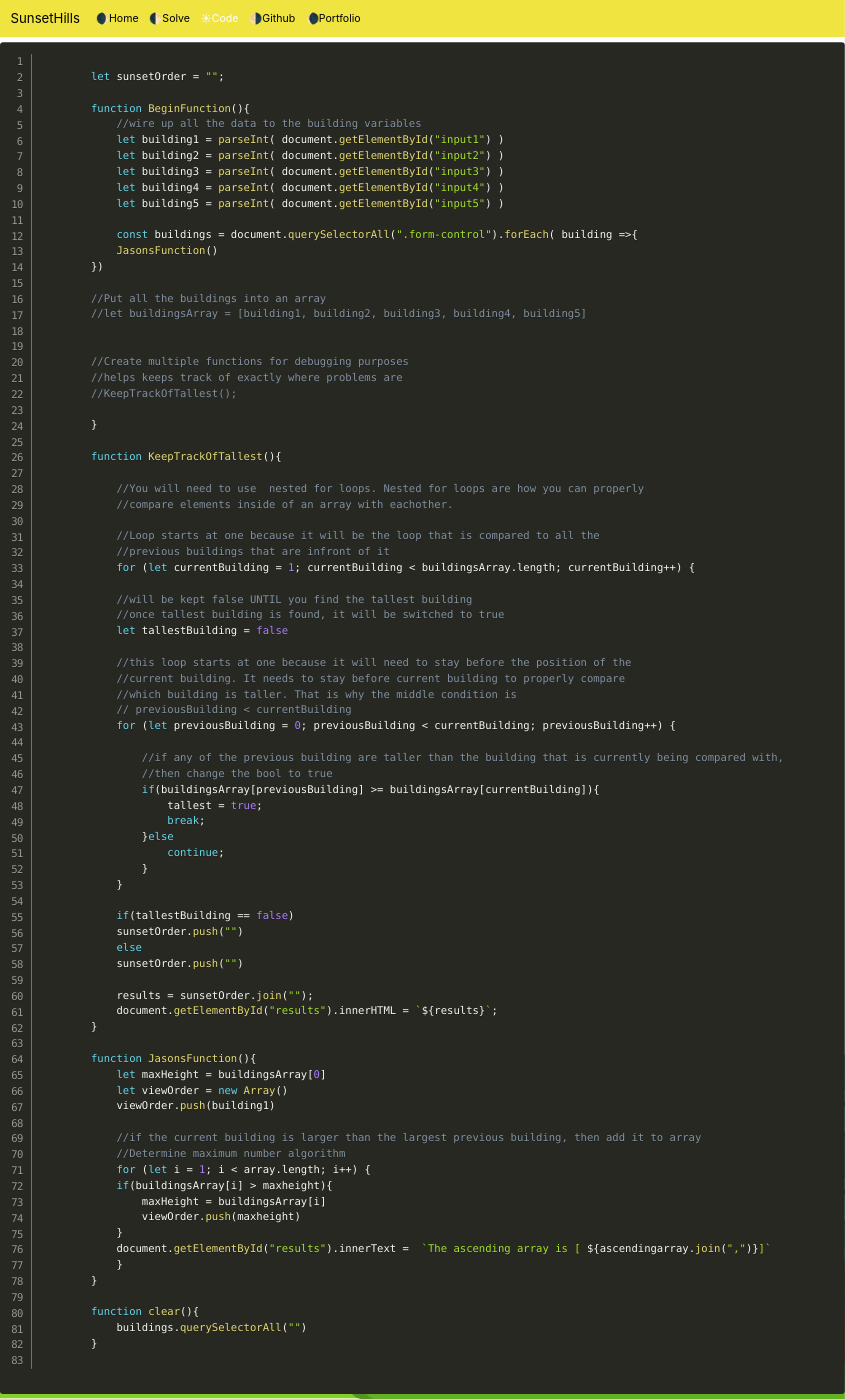
Repository: zhadjah9559/SunsetHills
Page: code.html
These files come from the project's save history. The page is drawn as it stood at one moment and after the next save; the edit follows.
The browser window is 1280 px wide. The pictures show the whole page, at 66% of full size.

Above is the page before, as saved 2021-01-17 17:32:26.

After the next save:
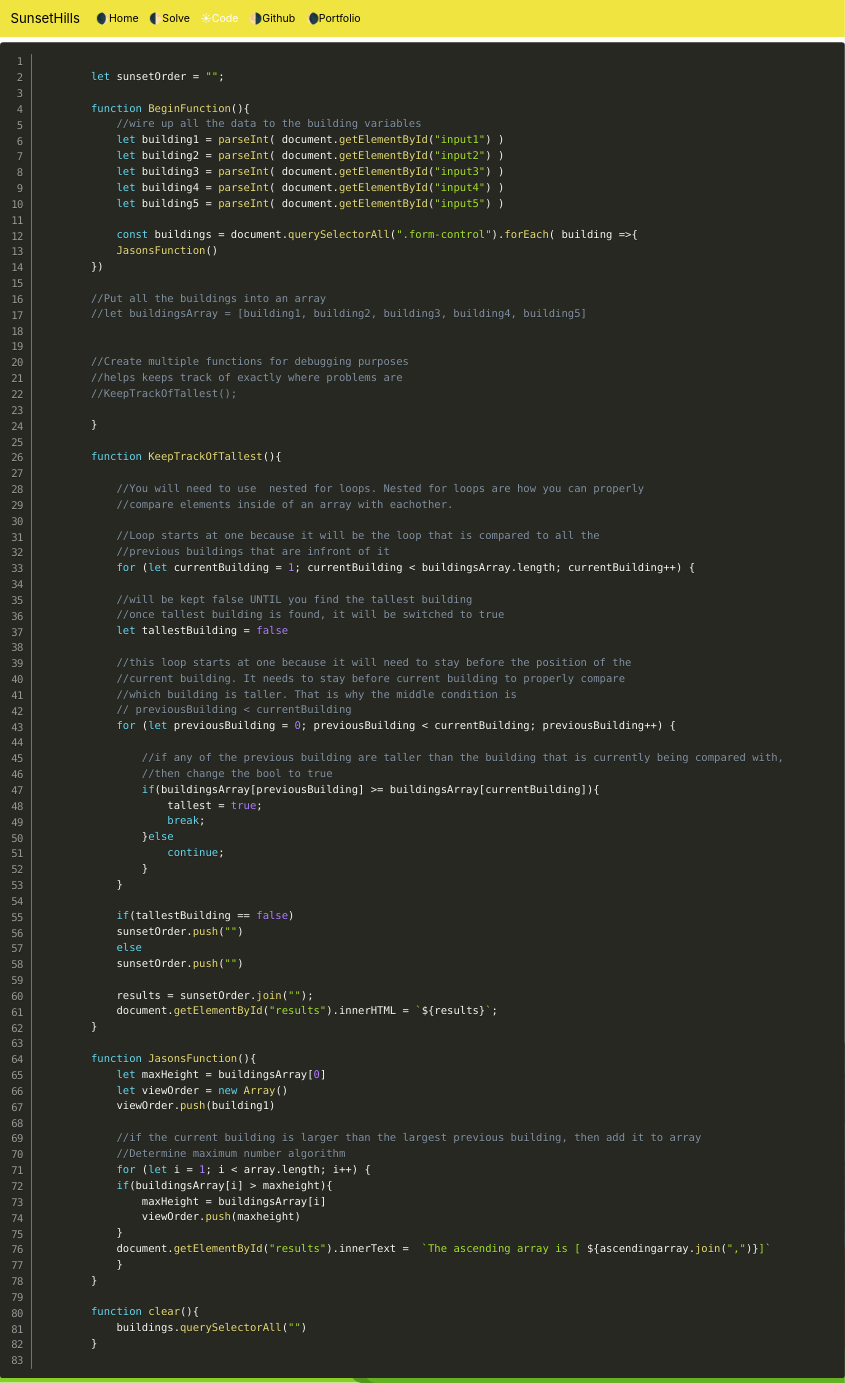
Saved 115 s later.
--- a/code.html
+++ b/code.html
@@ -123,8 +123,7 @@
         function clear(){
             buildings.querySelectorAll("")
         }
-        </code>
-    </pre>
+        </code></pre>
 
     <!-- Optional JavaScript -->
     <!-- jQuery first, then Popper.js, then Bootstrap JS -->
